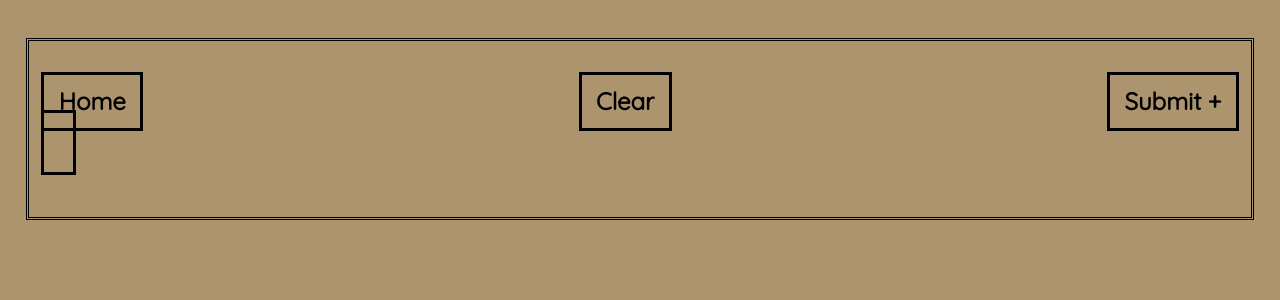
Repository: rickypcyt/ricky-react-portfolio
Page: /WebMural
An editor plug-in stored every save of this project. The page is shown before and after the next save, followed by the edit.
The browser window is 1280 px wide. The pictures show the whole page.
The project was rebuilt for these pictures with package versions that can differ from the ones it lists, and the page was loaded fresh each time. Also part of the build but not shown: src/Content.js, src/pages/Info.js, src/pages/Projects.js, src/pages/Contact.js, src/pages/NotesJS.js.

Above is the page before, as saved 2022-09-12 15:05:12.

### src/index.js
import React from "react";
import ReactDOM from "react-dom/client";
import "./index.css";
import App from "./App";
import reportWebVitals from "./reportWebVitals";
import { BrowserRouter, Routes, Route, Switch } from "react-router-dom";

const root = ReactDOM.createRoot(document.getElementById("root"));
root.render(
  <React.StrictMode>
    <BrowserRouter>
      <App />
    </BrowserRouter>
  </React.StrictMode>
);

// If you want to start measuring performance in your app, pass a function
// to log results (for example: reportWebVitals(console.log))
// or send to an analytics endpoint. Learn more: https://bit.ly/CRA-vitals
reportWebVitals();

### src/index.css
@import url("https://fonts.googleapis.com/css2?family=Quicksand");

input[type="file"] {
  display: none;
}
.container {
  top: 0%;
  left: 0%;
}
::marker {
  display: none;
}
.image-container {
  width: 100%;
  margin: auto;
  display: flex;
  flex-direction: row;
  justify-content: space-evenly;
  gap: 15px;
  padding: 10px;
}
body {
  line-height: 1;
  font-family: "Quicksand";
  font-size: large;
  margin: 2%;
  padding: 1%;
  border-style: double;
  margin-top: 3%;
  background: #ac946e;
}
ol {
  list-style: none;
  display: flex;
  padding: 0;
  justify-content: space-between;
  align-items: flex-start;
  display: flex;
  flex-wrap: wrap;
  align-content: center;
}
.content {
  position: absolute;
  right: calc(var(--pad) * 2);
  bottom: calc(var(--pad) * 2);
  white-space: nowrap;
}
.parrafo {
  line-height: 1.5;
  text-align: end;
  font-size: larger;
}
.parrafo span {
  display: block;
}
.titulo {
  margin: 0;
}
.oli {
  font-weight: bold;
  border-style: solid;
  font-size: x-large;
  padding: 1ch;
}
.descripcion {
  font-weight: lighter;
  font-style: oblique;
}
.oli:hover {
  color: black;
  border-style: dotted;
}
.page {
  padding-top: 2%;
  padding-bottom: 3%;
}
.pageContact {
  padding-top: 8%;
  padding-bottom: 9%;
}
.cabeceranavi {
  padding-bottom: 1%;
}
p {
  font-weight: bold;
}
a {
  color: black;
  text-decoration: none;
  padding: 0ch;
}
span {
  font-size: larger;
}
li {
  width: 7%;
  height: 10%;
}
ul {
  list-style-type: none;
  margin: 0%;
  display: flex;
  align-items: center;
  flex-direction: row;
  padding-top: 5%;
  padding-bottom: 5%;
  padding-left: 0%;
  justify-content: space-around;
}
.imagenes {
  display: block;
  height: auto;
  width: auto;
  padding-top: 5%;
  padding-bottom: 5%;
}

.imagenesproyect {
  position: relative;
}
.fixer {
  display: flex;
  flex-direction: row;
  justify-content: space-evenly;
  padding-bottom: 3%;
}
.overlay {
  position: absolute;
  top: 0.83cm;

  background: rgb(0, 0, 0);
  background: rgb(2, 0.3, 0.9, 0.6); /* Black see-through */
  color: #f1f1f1;
  width: 100%;
  transition: 0.5s ease;
  color: white;
  text-align: center;
  font-size: 20px;
  padding-top: 20px;
  padding-bottom: 20px;
  opacity: 0;
}
.imagenesproyect:hover .overlay {
  opacity: 1;
}
.overlay2 {
  position: absolute;
  bottom: 8%;
  background: rgb(0, 0, 0);
  background: rgba(40, 40, 40, 0.6); /* Black see-through */
  color: #f1f1f1;
  width: 100%;
  transition: 0.5s ease;
  color: white;
  text-align: center;
  font-size: 20px;
  padding-top: 20px;
  padding-bottom: 20px;
  opacity: 0;
}
.imagenesproyect:hover .overlay2 {
  opacity: 1;
}

.homeinfo {
  font-size: x-large;
}

@media screen and (max-width: 1340px) {
  .fixer {
    flex-direction: column;
    justify-content: center;
  }
  .imagenes {
    height: auto;
    width: 100%;
  }
  ol {
  }
}

.image-container {
  width: auto;
  margin: auto;
  /* display: flex; */
  flex-wrap: wrap;
  gap: 15px;
  padding: 10px;
}

.image-container img {
  max-width: 100%;
  max-height: 225px;
}

.container .image-container .image {
  border: 4px solid black;
  overflow: hidden;
  /* cursor: pointer; */
}

.container .image-container .image img {
  height: 100%;
  width: 100%;
}
@media (max-width: 700px) {
  .image-container img {
    max-height: -10px;
  }
}

.image:hover {
  transform: scale(1.15); /* (150% zoom - Note: if the zoom is too large, it will go outside of the viewport) */
}

.oli:hover {
  transform: scale(1.15); /* (150% zoom - Note: if the zoom is too large, it will go outside of the viewport) */
}

### src/App.js
import Content from "./Content";
import Info from "./pages/Info";
import Projects from "./pages/Projects";
import Contact from "./pages/Contact";
import WebMural from "./pages/WebMural";
import NotesJS from "./pages/NotesJS";
import { Route, Routes, Switch } from "react-router-dom";

function App() {
  return (
    <>
      <Routes>
        <Route path="/" element={<Content />}/>
        <Route path="/Projects" element={<Projects />} />
        <Route path="/Info" element={<Info />} />
        <Route path="/Contact" element={<Contact />} />
        <Route path="/WebMural" element={<WebMural />} />
        <Route path="/NotesJS" element={<NotesJS />} />
      </Routes>
    </>
  );
}
export default App;

### src/pages/WebMural.js
import React, { useState } from "react";

import { Link, useMatch, useResolvedPath } from "react-router-dom";

const UploadAndDisplayImage = () => {
  const [selectedFiles, setSelectedFiles] = useState([]);
  const handleImageChange = (e) => {
    setSelectedFiles([]);
    if (e.target.files) {
      const filesArray = Array.from(e.target.files).map((file) =>
        URL.createObjectURL(file)
      );
      setSelectedFiles((prevImages) => prevImages.concat(filesArray));
      Array.from(e.target.files).map((file) => URL.revokeObjectURL(file));
    }
  };

  const renderPhotos = (source) => {
    return source.map((photo) => {
      return (
        <div class="container">
          <figure class="image-container">
            <img className="image" src={photo} alt="" key={photo} />
          </figure>
        </div>
      );
    });
  };

  return (
    <main>
      <nav className="cabeceranavi">
        <ol>
          <div>
            <div className="oli">Home</div>
            <CustomLink to="/" className="oli"></CustomLink>
          </div>
          <nav className="oli" onClick={() => handleImageChange(null)}>
            Clear
          </nav>
          <label for="upload-button">
            <nav>
              <input
                type="file"
                id="upload-button"
                multiple="multiple"
                accept="image/*"
                onChange={handleImageChange}
              />
              <div class="oli"> Submit + </div>
            </nav>
          </label>
        </ol>
      </nav>
      {selectedFiles && (
        <div className="paddingimxd">
          <div class="image-container">{renderPhotos(selectedFiles)}</div>
        </div>
      )}
    </main>
  );
};

export default UploadAndDisplayImage;

function CustomLink({ to, children, ...props }) {
  const resolvedPath = useResolvedPath(to);
  const isActive = useMatch({ path: resolvedPath.pathname, end: true });
  return (
    <li className={isActive ? "active" : ""}>
      <Link to={to} {...props}>
        {children}
      </Link>
    </li>
  );
}

Loaded but not shown: public/index.html (common file); src/reportWebVitals.js (common file)

After the next save:
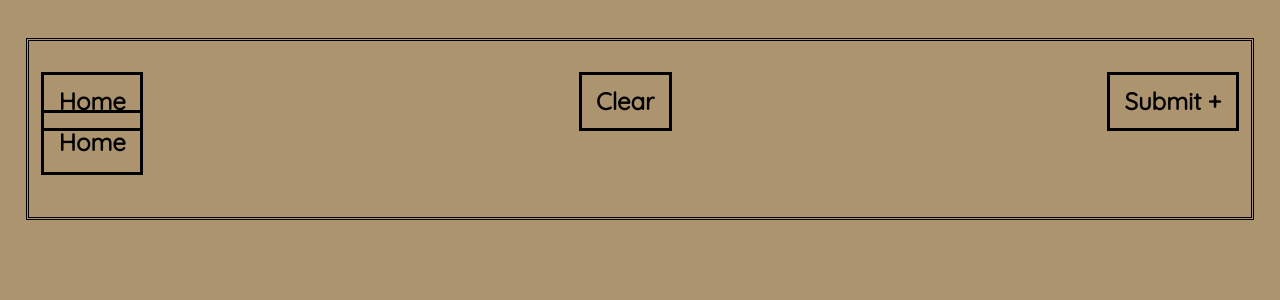
Saved 11 s later.
--- a/src/pages/WebMural.js
+++ b/src/pages/WebMural.js
@@ -33,7 +33,7 @@ const UploadAndDisplayImage = () => {
         <ol>
           <div>
             <div className="oli">Home</div>
-            <CustomLink to="/" className="oli"></CustomLink>
+            <CustomLink to="/" className="oli">Home</CustomLink>
           </div>
           <nav className="oli" onClick={() => handleImageChange(null)}>
             Clear
